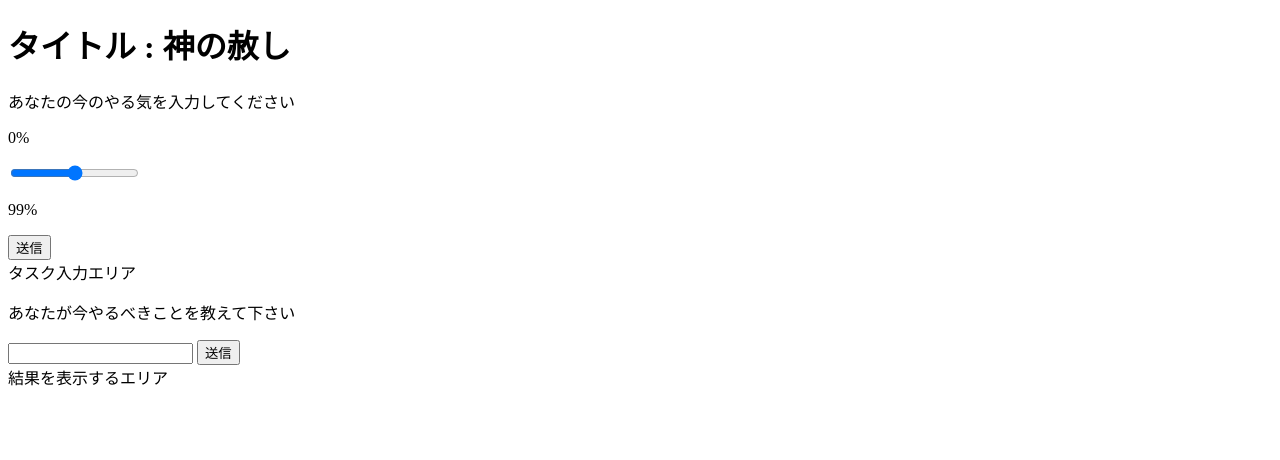
Repository: masa0306/god_forgiveness
Page: index.html
An editor plug-in stored every save of this project. The page is shown before and after a run of saves, followed by the edit.
The browser window is 1280 px wide. The pictures show the whole page.

Above is the page before, as saved 2024-05-14 23:13:42.

After the next 3 saves:
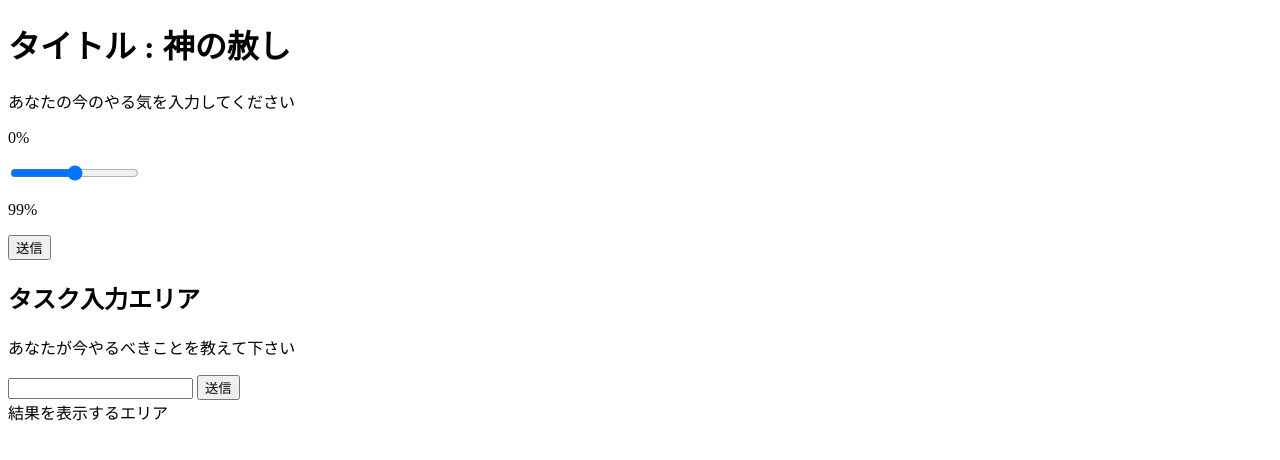
The 3 saves are shown as one change because they came seconds apart.
The last was saved 15 s later.
--- a/index.html
+++ b/index.html
@@ -18,7 +18,7 @@
         <button id="sendMotivation">送信</button>
     </div>
 
-    <div>タスク入力エリア</div>
+    <div><h2>タスク入力エリア</h2></div>
         <p>あなたが今やるべきことを教えて下さい</p>
         <input type="text" name="toDo"id="toDo">
         <button id="sendToDo">送信</button>
